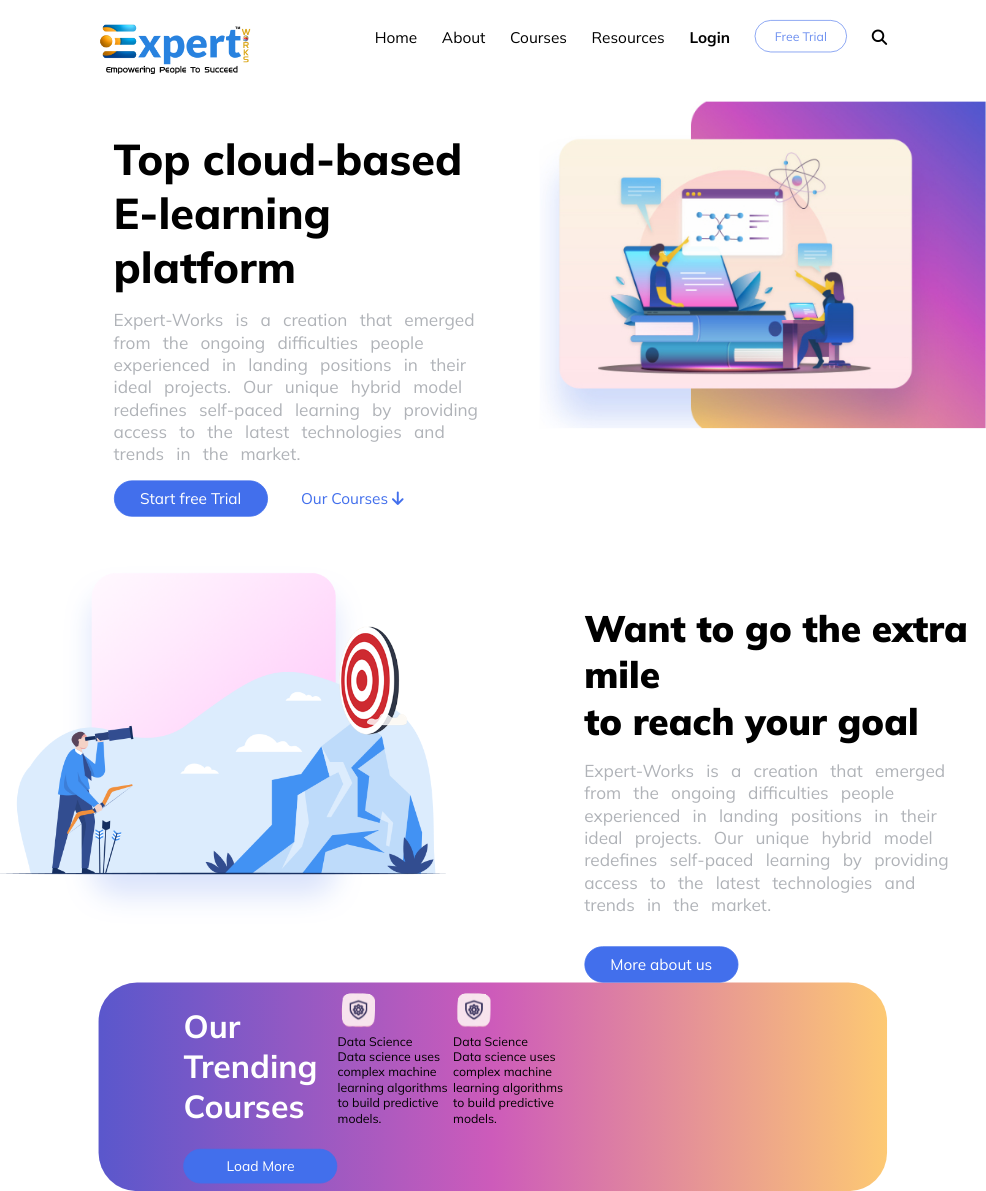
Repository: FlyweisReact/Raghu-B2C
Page: /homePage
An editor plug-in stored every save of this project. The page is shown before and after the next save, followed by the edit.
The browser window is 1280 px wide. The pictures show the whole page, at 77% of full size.
Some web libraries are served in a nearby version. The project was rebuilt for these pictures with package versions that can differ from the ones it lists, and the page was loaded fresh each time. Also part of the build but not shown: src/Footer/footer.scss, src/Footer/Footer.jsx, src/component/pages/courses/course.scss, src/component/Navbar/nav.scss, src/component/Navbar/Nav.jsx, src/component/navigation/NavItems.js, src/component/navigation/Dropdown.css, src/component/navigation/Dropdown.js and 43 more.

Above is the page before, as saved 2023-02-03 16:07:34.

After the next save:
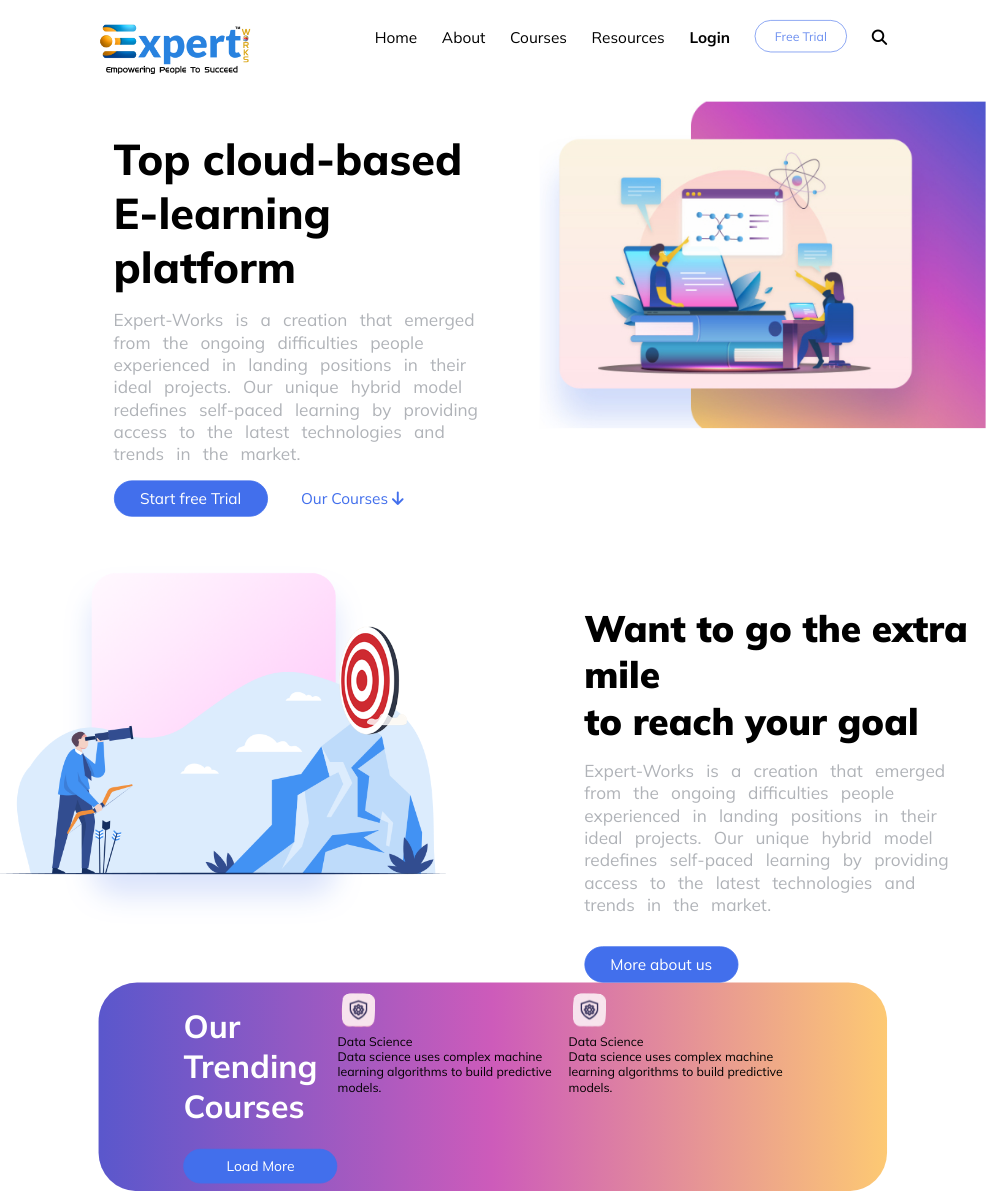
Saved 20 s later.
--- a/src/HomePage.css
+++ b/src/HomePage.css
@@ -126,5 +126,7 @@
 }
 .centerMainDiv .right .group{
     display: flex;
+}
+.centerMainDiv .right .group div{
     width: 300px;
 }
